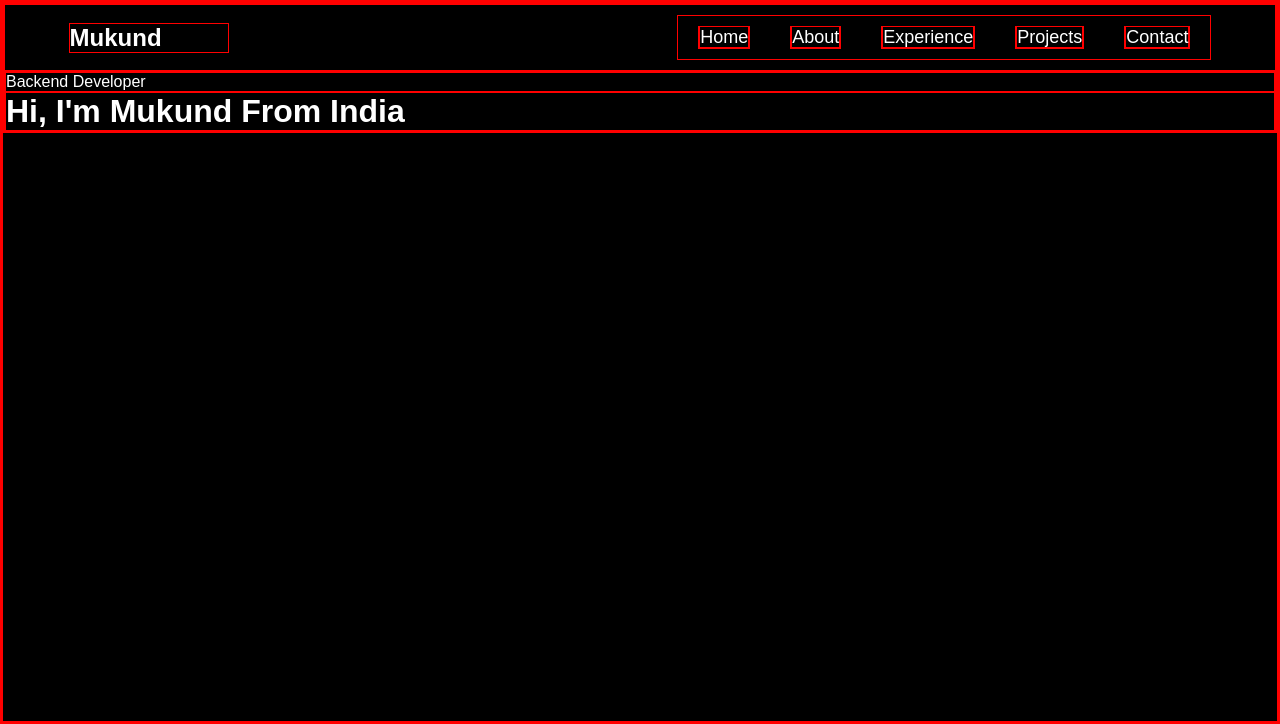
Repository: mukundgangurde/expense-tracker
Page: index.html
These files come from the project's save history. The page is drawn as it stood at one moment and after the next save; the edit follows.
The browser window is 1280 px wide. The pictures show the whole page.

Above is the page before, as saved 2025-11-02 17:53:49.

### index.html
<!DOCTYPE html>
<html lang="en">

<head>
  <meta charset="UTF-8">
  <meta name="viewport" content="width=device-width, initial-scale=1.0">
  <title>Portfolio - Mukund Gangurde</title>
  <link rel="stylesheet" href="style.css">
</head>

<body>
  <div id="header">
    <div id="container">
      <!-- Navigation Bar -->
      <nav>
        <h1 id="logo">Mukund</h1>
        <ul>
          <li><a href="#">Home</a></li>
          <li><a href="#">About</a></li>
          <li><a href="#">Experience</a></li>
          <li><a href="#">Projects</a></li>
          <li><a href="#">Contact</a></li>
        </ul>
      </nav>
      <!-- /Navigation Bar -->

      <div class="header-text">
        <p>Backend Developer</p>
        <h1>Hi, I'm Mukund From India</h1>
      </div>
    </div>
  </div>

</body>

</html>

### style.css
* {
  margin: 0;
  padding: 0;
  /* font-family: Brush Script MT; */
  font-family: Arial, Helvetica, sans-serif;
  box-sizing: border-box;
  border: 1px solid red;
}

body {
  background-color: black;
  color: white;
}

#header {
  width : 100%;
  height: 100vh;
  /* background-image: url(images/background.img); */
  /* background-size: cover; */
  /* background-position: center; */
}

#logo {
  width: 160px;
}

nav {
  display: flex;
  justify-content: space-between;
  align-items: center;
  flex-wrap: wrap;
  padding: 10px 5%;
}

ul {
  display: flex;
  justify-content: space-between;
  font-size: 18px;
}

nav ul li {
  display: inline-block;
  list-style-type: none;
  margin: 10px 20px;
}

nav ul li a {
  color: white;
  text-decoration: none;
}

.header-text {

}

After the next save:
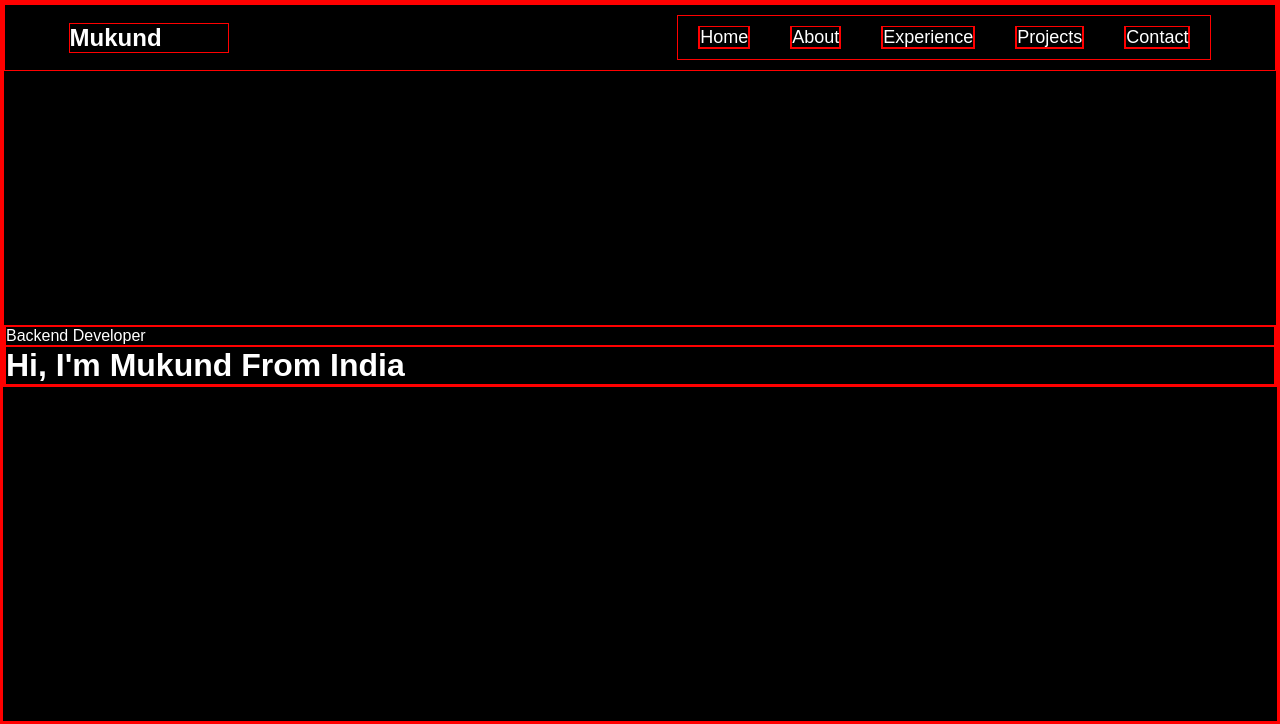
Saved 57 s later.
--- a/style.css
+++ b/style.css
@@ -50,5 +50,9 @@ nav ul li a {
 }
 
 .header-text {
+  margin-top: 20%;
+}
+
+.header-text h1 {
 
 }
